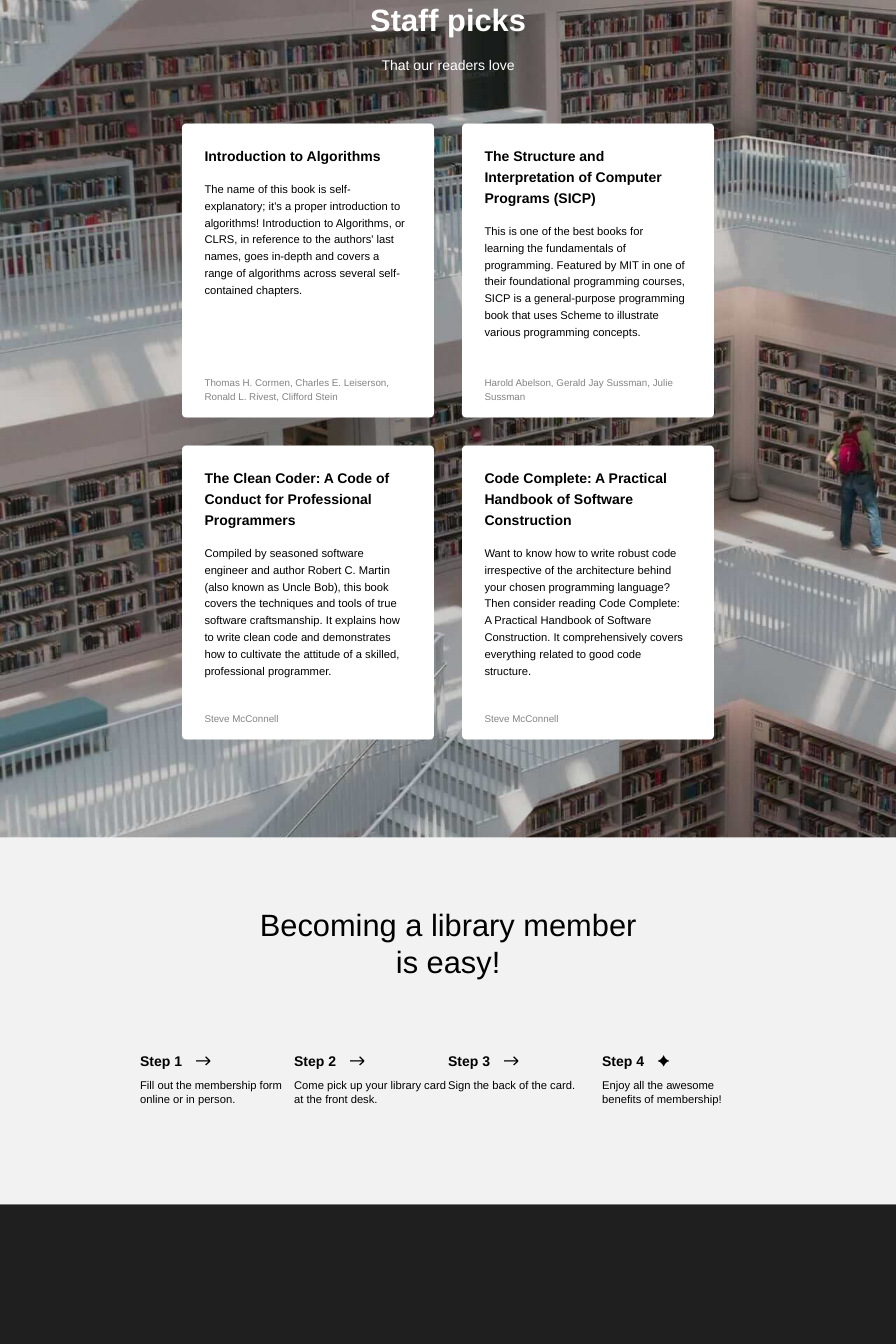
Repository: MWilliams-26/se_project_library
Page: index.html
These files come from the project's save history. The page is drawn as it stood at one moment and after the next save; the edit follows.
The browser window is 1280 px wide. The pictures show the part of the page from y = 1642 to 3562 px (the page is 3562 px tall), at 70% of full size.

Above is the page before, as saved 2023-04-03 23:35:06.

### index.html
<!DOCTYPE html>
<html lang="en">
  <head>
    <meta charset="UTF-8" />
    <meta name="viewport" content="width=device-width, initial-scale=1.0" />
    <title>Practicum Library</title>
    <link rel="shortcut icon" href="favicon.ico" />
    <link rel="stylesheet" href="./styles/normalize.css" />
    <link rel="stylesheet" href="./styles/style.css" />
  </head>

  <body>
    <!-- Wrap the entire page content in a new div with the page class. Remember to add the closing tag -->
    <div class="page">
      <header class="header">
        <nav class="nav">
          <img
            src="./images/logo.png"
            alt="Practicum Library Logo"
            class="logo"
          />
          <!-- Putting navigation links in a list is supposed to be the best practice of writing the semantic code since it allows screen readers to pause between each link instead of reading all the links as a sentence. -->
          <ul class="nav__links">
            <li>
              <a class="nav__link">Staff picks</a>
            </li>
            <li>
              <a class="nav__link">Events</a>
            </li>
            <li>
              <a class="nav__link">Become a member</a>
            </li>
            <li>
              <a class="nav__link">About</a>
            </li>
            <li>
              <a class="nav__link">Contacts</a>
            </li>
          </ul>
        </nav>
        <h1 class="header__title">Welcome to the Practicum Library</h1>
        <p class="header__description">
          We're pleased to open our library doors to everyone! Come and expand
          your development knowledge, or just use this lovely spot to work or
          study. This is a cool place for cool students!
        </p>
        <!-- ----------------------------------------------------------------- -->
        <!--               Don't uncomment until project stage 2               -->
        <!-- ----------------------------------------------------------------- -->
        <img
          src="./images/inside_the_library.png"
          alt="Illustration 'Inside the library'"
          class="header__image"
        />
        <div class="header__footer">
          <a class="header__link">About the library &darr;</a>
          <p class="header__address">
            200 Success Avenue, The Town of Practicum
          </p>
        </div>
      </header>

      <main class="content">
        <section class="events">
          <div class="events__content">
            <h2 class="events__heading">Upcoming events:</h2>
            <h3 class="events__title">
              In honor of Joan Feynman: Women in astrophysics
            </h3>
            <div class="event-info events__info-section">
              <div class="event-info__item">
                <div
                  class="event-info__icon event-info__icon_type_calendar"
                ></div>
                <p class="event-info__text">Mon, January 12</p>
              </div>
              <div class="event-info__item">
                <div class="event-info__icon event-info__icon_type_pin"></div>
                <p class="event-info__text">
                  Practicum Library Conference Hall & Online
                </p>
              </div>
            </div>
            <p class="events__description">
              At this event, which celebrates the library's namesake, our guest
              lecturer will take us on a journey exploring some of the most
              prominent female researchers in the world of space science. It's
              easy to buy into the misconception that this field was mostly
              dominated by men, but our lecture aims to change that notion and
              prove that this hasn't been the case since at least the 18th
              century.
            </p>
            <a href="#" class="events__more">More events &rarr;</a>
          </div>
          <div class="events__cover">
            <img
              class="events__image"
              src="images/cafe.png"
              alt="events image"
            />
            <div class="person person_name_feynman">
              <p class="person__caption">Joann Feynman</p>
              <img
                class="person__image person__image_size_l"
                src="images/person_feynman.png"
                alt="Joann Feyman"
              />
            </div>
            <div class="person person_name_burbidge">
              <p class="person__caption">Margaret Burbidge</p>
              <img
                class="person__image person__image_size_m"
                src="images/person_burbidge.png"
                alt="Margaret Burbidge"
              />
            </div>
            <div class="person person_name_cannon">
              <img
                class="person__image person__image_size_m"
                src="images/person_cannon.png"
                alt="Annie Jump Cannon"
              />
              <p class="person__caption">Annie Jump Cannon</p>
            </div>
            <div class="person person_name_burbidge">
              <p class="person__caption">Margaret Burbidge</p>
              <img
                class="person__image person__image_size_m"
                src="images/person_burbidge.png"
                alt="Margaret Burbidge"
              />
            </div>
            <div class="person person_name_mitchell">
              <img
                class="person__image person__image_size_s"
                src="images/person_mitchell.png"
                alt="Maria Mitchell"
              />
              <p class="person__caption">Maria Mitchell</p>
            </div>
            <div class="person person_name_tarter">
              <p class="person__caption">Jill Tarter</p>
              <img
                class="person__image person__image_size_m"
                src="images/person_tarter.png"
                alt="Jill Tarter"
              />
            </div>
          </div>
        </section>

        <section class="staff">
          <!-- --------------------------------------------------------------- -->
          <!--        Don't uncomment until the final project stage            -->
          <!-- --------------------------------------------------------------- -->
          <h2 class="staff__title">Staff picks</h2>
          <p class="staff__subtitle">That our readers love</p>
          <ul class="staff__picks">
            <li class="card">
              <div class="card__content">
                <h3 class="card__title">Introduction to Algorithms</h3>
                <p class="card__text">
                  The name of this book is self-explanatory; it's a proper
                  introduction to algorithms! Introduction to Algorithms, or
                  CLRS, in reference to the authors' last names, goes in-depth
                  and covers a range of algorithms across several self-contained
                  chapters.
                </p>
                <p class="card__footer">
                  Thomas H. Cormen, Charles E. Leiserson, Ronald L. Rivest,
                  Clifford Stein
                </p>
              </div>
            </li>

            <li class="card">
              <div class="card__content">
                <h3 class="card__title">
                  The Structure and Interpretation of Computer Programs (SICP)
                </h3>
                <p class="card__text">
                  This is one of the best books for learning the fundamentals of
                  programming. Featured by MIT in one of their foundational
                  programming courses, SICP is a general-purpose programming
                  book that uses Scheme to illustrate various programming
                  concepts.
                </p>
                <p class="card__footer">
                  Harold Abelson, Gerald Jay Sussman, Julie Sussman
                </p>
              </div>
            </li>

            <li class="card">
              <div class="card__content">
                <h3 class="card__title">
                  The Clean Coder: A Code of Conduct for Professional
                  Programmers
                </h3>
                <p class="card__text">
                  Compiled by seasoned software engineer and author Robert C.
                  Martin (also known as Uncle Bob), this book covers the
                  techniques and tools of true software craftsmanship. It
                  explains how to write clean code and demonstrates how to
                  cultivate the attitude of a skilled, professional programmer.
                </p>
                <p class="card__footer">Steve McConnell</p>
              </div>
            </li>

            <li class="card">
              <div class="card__content">
                <h3 class="card__title">
                  Code Complete: A Practical Handbook of Software Construction
                </h3>
                <p class="card__text">
                  Want to know how to write robust code irrespective of the
                  architecture behind your chosen programming language? Then
                  consider reading Code Complete: A Practical Handbook of
                  Software Construction. It comprehensively covers everything
                  related to good code structure.
                </p>
                <p class="card__footer">Steve McConnell</p>
              </div>
            </li>
          </ul>
        </section>

        <section class="membership">
          <!-- --------------------------------------------------------------- -->
          <!--         Don't uncomment until the final project stage           -->
          <!-- --------------------------------------------------------------- -->
          <h2 class="membership__title">Becoming a library member is easy!</h2>
          <ul class="membership__steps">
            <li class="step">
              <h3 class="step__title">
                Step 1
                <img
                  src="./images/icon_step_forward.svg"
                  alt="icon forward"
                  class="step__icon"
                />
              </h3>
              <p class="step__description">
                Fill out the membership form online or in person.
              </p>
            </li>
            <li class="step">
              <h3 class="step__title">
                Step 2
                <img
                  src="./images/icon_step_forward.svg"
                  alt="icon forward"
                  class="step__icon"
                />
              </h3>
              <p class="step__description">
                Come pick up your library card at the front desk.
              </p>
            </li>
            <li class="step">
              <h3 class="step__title">
                Step 3
                <img
                  src="./images/icon_step_forward.svg"
                  alt="icon forward"
                  class="step__icon"
                />
              </h3>
              <p class="step__description">Sign the back of the card.</p>
            </li>
            <li class="step">
              <h3 class="step__title">
                Step 4
                <img
                  src="./images/icon_step_finish.svg"
                  alt="icon finish"
                  class="step__icon"
                />
              </h3>
              <p class="step__description">
                Enjoy all the awesome benefits of membership!
              </p>
            </li>
          </ul>
        </section>

        <section class="about">
          <!-- --------------------------------------------------------------- -->
          <!--          Don't uncomment until the final project stage          -->
          <!-- --------------------------------------------------------------- -->
          <!--<h2 class="about__title">About the library</h2>
        <div class="about__content">
          <p class="about__paragraph">
            Libraries are essential establishments in practically every city,
            and Practicum's library is no exception. It first opened its doors
            way back in 2018, right as our humble town began bidding welcome to
            its very first citizens!
          </p>
          <p class="about__paragraph">
            Since its initial opening, the library has seen nearly 342 visitors
            each month. That's almost 50% of our population! So far, most
            citizens have enjoyed reading books and making use of our ample
            online resources.
          </p>
          <p class="about__paragraph">
            The library gets its name from Joan Feynman, an American
            astrophysicist and the first woman to be elected as an officer of
            the American Geophysical Union.
          </p>
        </div>
        <div class="about__circle"></div> -->
        </section>
      </main>
      <footer class="footer">
        <!-- ----------------------------------------------------------------- -->
        <!--          Don't uncomment until the final project stage            -->
        <!-- ----------------------------------------------------------------- -->
      </footer>
    </div>
  </body>
</html>

### styles/style.css
.page {
  /* Add page class properties here */
  min-width: 1100px;
  max-width: 1600px;
  margin: 0 auto;
  font-family: Helvetica Neue, Arial, sans-serif;
  font-size: 16px;
  line-height: 20px;
}

.header {
  height: 100vh;
  min-height: 720px;
  max-height: 800px;
  padding: 30px 80px 0;
  position: relative;
  box-sizing: border-box;
}

.nav {
  /* Add flex properties here */
  display: flex;
  justify-content: space-between;
  align-items: stretch;
  flex-flow: row wrap;
  margin-top: 8px;
}

.logo {
  width: 196px;
  height: 60px;
}

.nav__links {
  /* Reset default list styles here */
  margin: 0 0 0;
  display: flex;
  column-gap: 20px;
  list-style: none;
}

.nav__link {
  color: #000000;
  text-decoration: none;
  font-weight: bold;
}

.header__title {
  font-size: 66px;
  line-height: 76px;
  font-weight: 500;
  max-width: 544px;
  margin-top: 150px;
  margin-bottom: 32px;
}

.header__description {
  font-size: 20px;
  line-height: 30px;
  max-width: 532px;
}

.header__image {
  position: absolute;
  max-width: 636px;
  top: 135px;
  right: 20px;
  z-index: 1;
}

.header__footer {
  position: absolute;
  left: 0;
  bottom: 40px;
  width: 100%;
  display: flex;
  align-items: center;
  padding: 40px 80px 0;
  justify-content: space-between;
  box-sizing: border-box;
}

.header__link {
  color: #2f80ed;
  text-decoration: none;
}

.header__address {
  margin: 0;
  color: #838383;
}

.events {
  padding: 100px 0 120px 80px;
  display: flex;
  align-items: start;
  justify-content: space-between;
  box-sizing: border-box;
  background-color: #f2f2f2;
}
.events__content {
  flex-basis: 580px;
}

.events__heading {
  font-size: 20px;
  font-weight: 500;
  line-height: 30px;
  margin: 0;
}

.events__title {
  font-size: 44px;
  font-weight: 500;
  line-height: 52px;
  margin: 32px 0 0;
}

.events__info-section {
  margin-top: 32px;
}

.event-info__item {
  display: flex;
  align-items: center;
  margin-bottom: 4px;
  font-weight: 500;
}

.event-info__icon {
  background-repeat: no-repeat;
  background-position: center;
  margin-right: 12px;
  width: 24px;
  height: 24px;
}

.event-info__icon_type_calendar {
  background-image: url(../images/icon_calendar.svg);
}

.event-info__icon_type_pin {
  background-image: url(../images/icon_pin.svg);
}

.event-info__text {
  font-size: 20px;
  font-weight: 500;
  line-height: 30px;
  margin: 0;
}

.events__description {
  margin: 40px 0 60px;
}

.events__more {
  color: #2f80ed;
  text-decoration: none;
}

.events__cover {
  flex-grow: 1;
  flex-shrink: 0;
  flex-basis: 780px;
  max-width: 780px;
  position: relative;
}

.events__image {
  max-width: 100%;
}

.person {
  position: absolute;
  display: flex;
  align-items: center;
  flex-direction: column;
  gap: 10px;
}

.person_name_feynman {
  position: absolute;
  top: -30px;
  left: 319px;
}

.person_name_burbidge {
  top: 96px;
  right: 125px;
}

.person_name_cannon {
  bottom: 18px;
  right: 216px;
}

.person_name_mitchell {
  bottom: 82px;
  left: 142px;
}

.person_name_tarter {
  top: 79px;
  left: 159px;
}

.person__image {
  max-width: 100%;
}

.person__image_size_l {
  width: 140px;
}

.person__image_size_m {
  width: 100px;
}

.person__image_size_s {
  width: 80px;
}

.person__caption {
  text-align: center;
  font-size: 14px;
  margin: 0;
}
.staff {
  padding: 100px 0 140px;
  background-image: url(../images/staff_picks_background.jpg);
}

.staff__title {
  text-align: center;
  font-size: 44px;
  line-height: 52px;
  margin: 0 0 24px;
  color: #ffffff;
}

.staff__subtitle {
  text-align: center;
  font-size: 20px;
  line-height: 30px;
  font-weight: 400;
  margin: 0;
  color: #ffffff;
}

.staff__picks {
  max-width: 760px;
  margin: auto;
  margin-top: 68px;
  display: flex;
  flex-wrap: wrap;
  justify-content: center;
  gap: 40px;
  list-style-type: none;
  padding: 0;
}

/* Add the CSS rule for your new class here. Make sure to place it before .card: parents should precede their children */

.card {
  background-color: #fff;
  border-radius: 6px;
  padding: 32px 40px 20px 32px;
  box-sizing: border-box;
  width: 360px;
  height: 420px;
}

.card__content {
  width: 100%;
  height: 100%;
  display: flex;
  flex-direction: column;
}

.card__title {
  font-size: 20px;
  line-height: 30px;
  font-weight: 700;
  margin: 0;
}

.card__text {
  margin: 20px 0 0;
  font-size: 16px;
  line-height: 24px;
}

.card__footer {
  margin: 0;
  font-size: 14px;
  line-height: 20px;
  color: #838383;
  margin-top: auto;
}

.membership {
  padding: 100px 0 140px;
  background-color: #f2f2f2;
}

.membership__title {
  max-width: 574px;
  margin: 0 auto;
  text-align: center;
  font-size: 44px;
  font-weight: 500;
  line-height: 52px;
}

.membership__steps {
  list-style-type: none;
  padding: 0;
  margin: 100px 0 0;
  display: flex;
  justify-content: center;
  /* Add styles */
}

.step {
  display: wrap;
  gap: 40px;
  width: 220px;

  /* Add styles */
}

.step__title {
  margin: 0;
  font-size: 20px;
  line-height: 30px;
  font-weight: 700;
  display: flex;
  align-items: center;
}

.step__icon {
  margin-left: 20px;
}

.step__description {
  margin: 10px 0 0;
}

.about {
  padding: 100px 80px;
  background-color: #1f1f1f;
  color: #fff;
  overflow: hidden;
  position: relative;
  box-sizing: border-box;
}

.about__title {
  margin: 0;
  font-size: 20px;
  line-height: 30px;
  font-weight: 500;
  z-index: 1;
}

.about__content {
  font-size: 20px;
  line-height: 30px;
  font-weight: 400;
  max-width: 660px;
}

.about__paragraph {
  margin: 0 0 32px;
}

.about__circle {
  background-color: #2f80ed;
  width: 495px;
  height: 495px;
  border-radius: 50%;
}

.footer {
  box-sizing: border-box;
}

.footer__columns {
}

.footer__column_content_hours {
}

.footer__column_content_social {
}

.footer__logo {
}

.footer__list {
  /* The code below removes the default browser styles for lists */
  list-style-type: none;
  padding: 0;
  margin: 0;
}

.footer__list-item {
}

.footer__column-heading {
}

.footer__column-link {
  color: white;
  font-size: 16px;
  line-height: 20px;
  text-decoration: none;
}

.footer__social-icon {
}

.footer__copyright {
}

Loaded but not shown: styles/normalize.css (library)

After the next save:
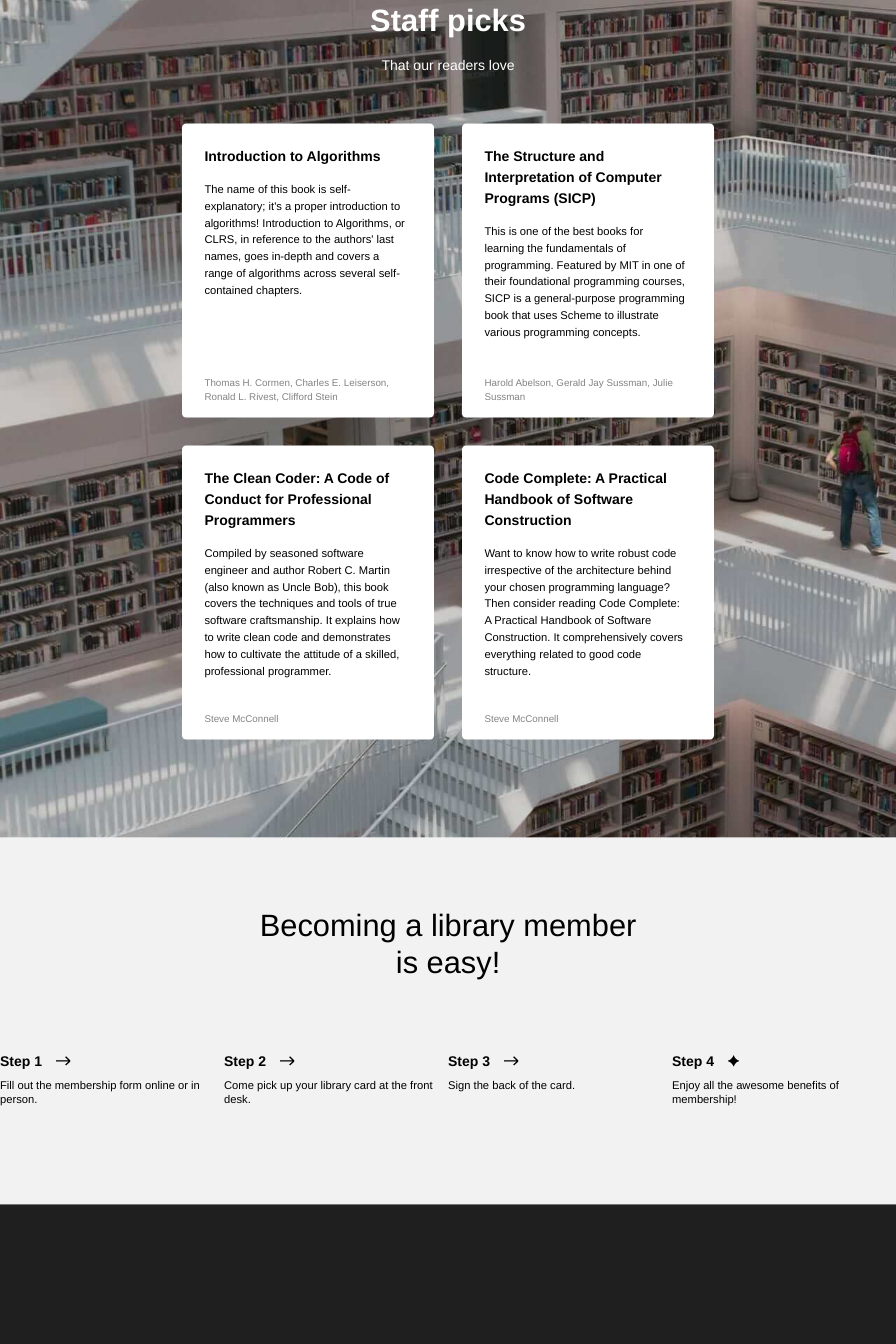
Saved 6 min 40 s later.
--- a/styles/style.css
+++ b/styles/style.css
@@ -326,6 +326,7 @@
   display: wrap;
   gap: 40px;
   width: 220px;
+  flex-grow: 1;
 
   /* Add styles */
 }
